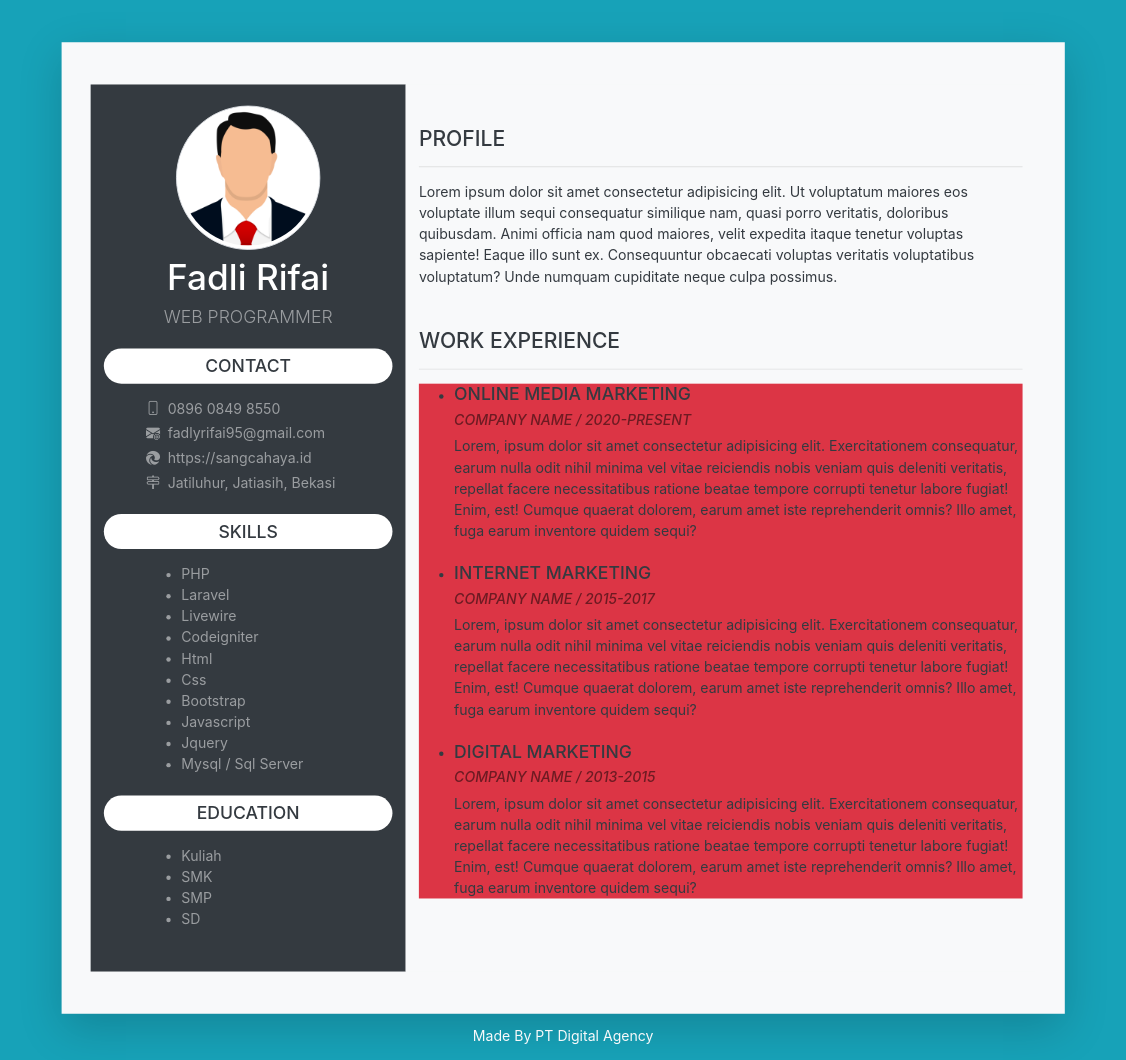
Repository: fadlyyy/fadlyyy.github.io
Page: index.html
An editor plug-in stored every save of this project. The page is shown before and after a run of saves, followed by the edit.
The browser window is 1280 px wide. The pictures show the whole page, at 88% of full size.

Above is the page before, as saved 2024-01-30 11:24:51.

After the next 2 saves:
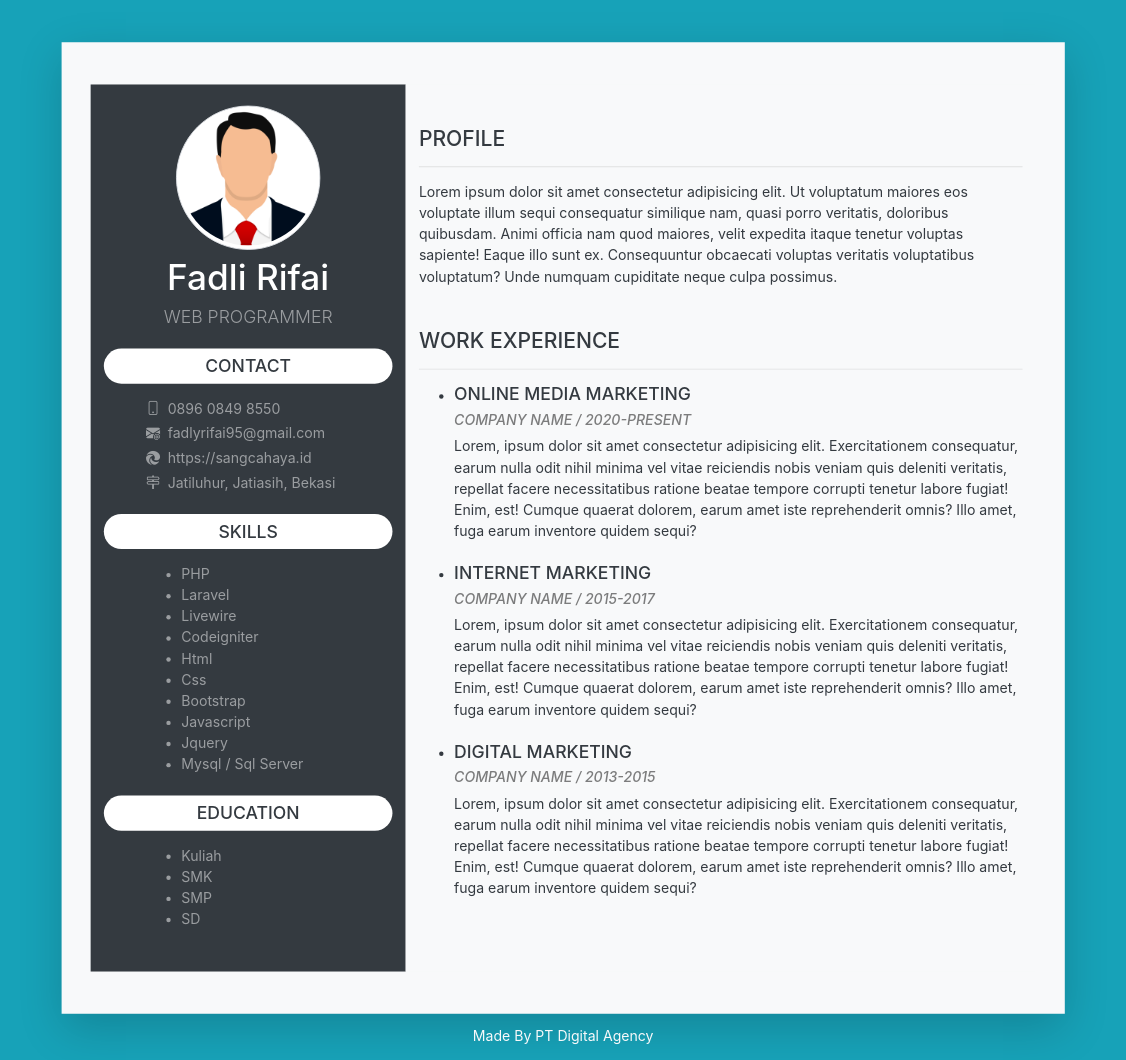
The 2 saves are shown as one change because they came seconds apart.
The last was saved 27 s later.
--- a/index.html
+++ b/index.html
@@ -85,7 +85,7 @@
                     </div>
                </div>
 
-               <div class="col-lg-8 bg-light text-dark py-5 ">
+               <div class="col-lg-8 bg-light text-dark py-5">
                     <div class="header-right">
                          <h4 class="text-uppercase">Profile</h4>
                          <hr />
@@ -102,7 +102,7 @@
                          <h4 class="text-uppercase">work experience</h4>
                          <hr>
 
-                         <ul class="list bg-danger">
+                         <ul class="list">
                               <li class="list-item">
                                    <h5 class="display-6 text-uppercase">online media marketing</h5>
                                    <h6 class="text-uppercase text-black-50 font-italic">company name / 2020-present</h6>
